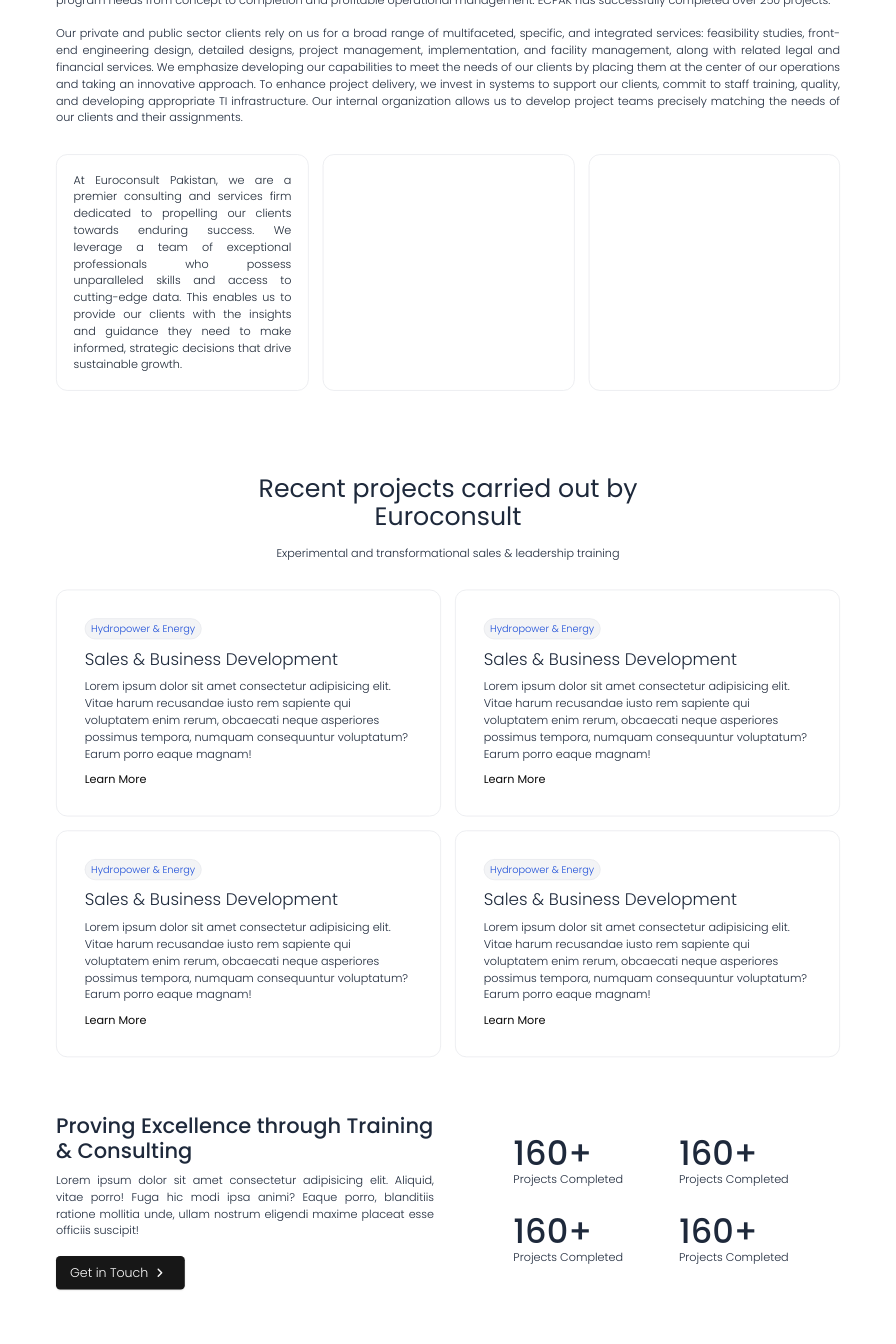
Repository: EMDC-24/ecglobalwebsite19
Page: /about
The author's editor kept a copy of each file at every save. The page is drawn from the files as they stood at one save, then again after the next save.
The browser window is 1280 px wide. The pictures show the part of the page from y = 896 to 2816 px (the page is 3302 px tall before and 3338 px after), at 70% of full size.
The project was rebuilt for these pictures with package versions that can differ from the ones it lists, and the page was loaded fresh each time. The framework's server and built-in components were replaced by stand-ins that run in the browser. Also part of the build but not shown: next.config.mjs.

Above is the page before, as saved 2024-09-17 22:54:54.

After the next save:
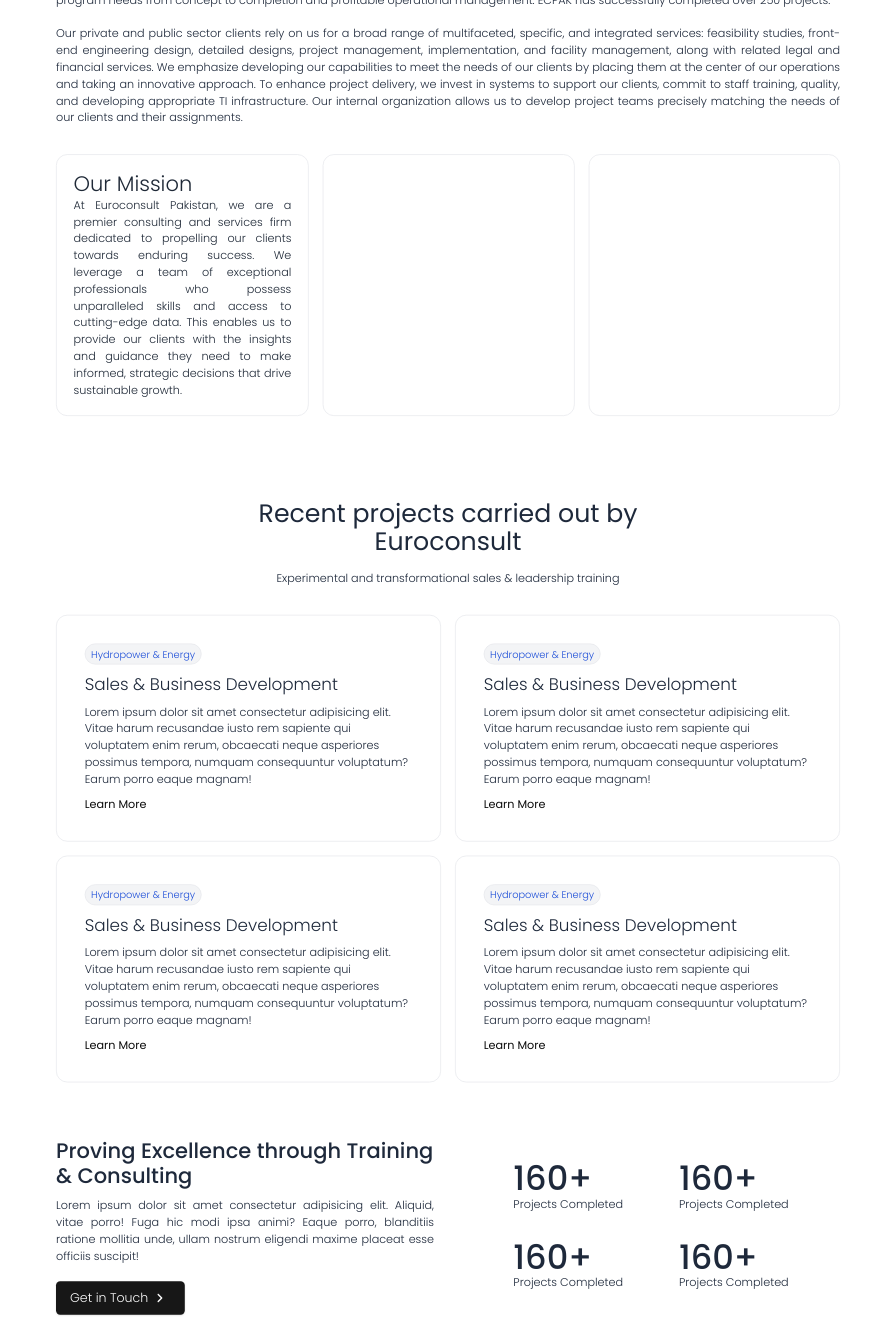
Saved 47 s later.
--- a/app/about/page.tsx
+++ b/app/about/page.tsx
@@ -33,6 +33,7 @@
         </div>
         <div className="flex flex-row gap-5">
         <div className="w-1/3 border-[1px] border-gray-200 rounded-2xl p-6">
+        <h5 className="font-light text-3xl text-gray-800">Our Mission</h5>
         <p className="text-gray-800 font-light text-justify">At Euroconsult Pakistan, we are a premier consulting and services firm dedicated to propelling our clients towards enduring success. We leverage a team of exceptional professionals who possess unparalleled skills and access to cutting-edge data. This enables us to provide our clients with the insights and guidance they need to make informed, strategic decisions that drive sustainable growth.</p>
         </div>
         <div className="w-1/3 border-[1px] border-gray-200 rounded-2xl"></div>
